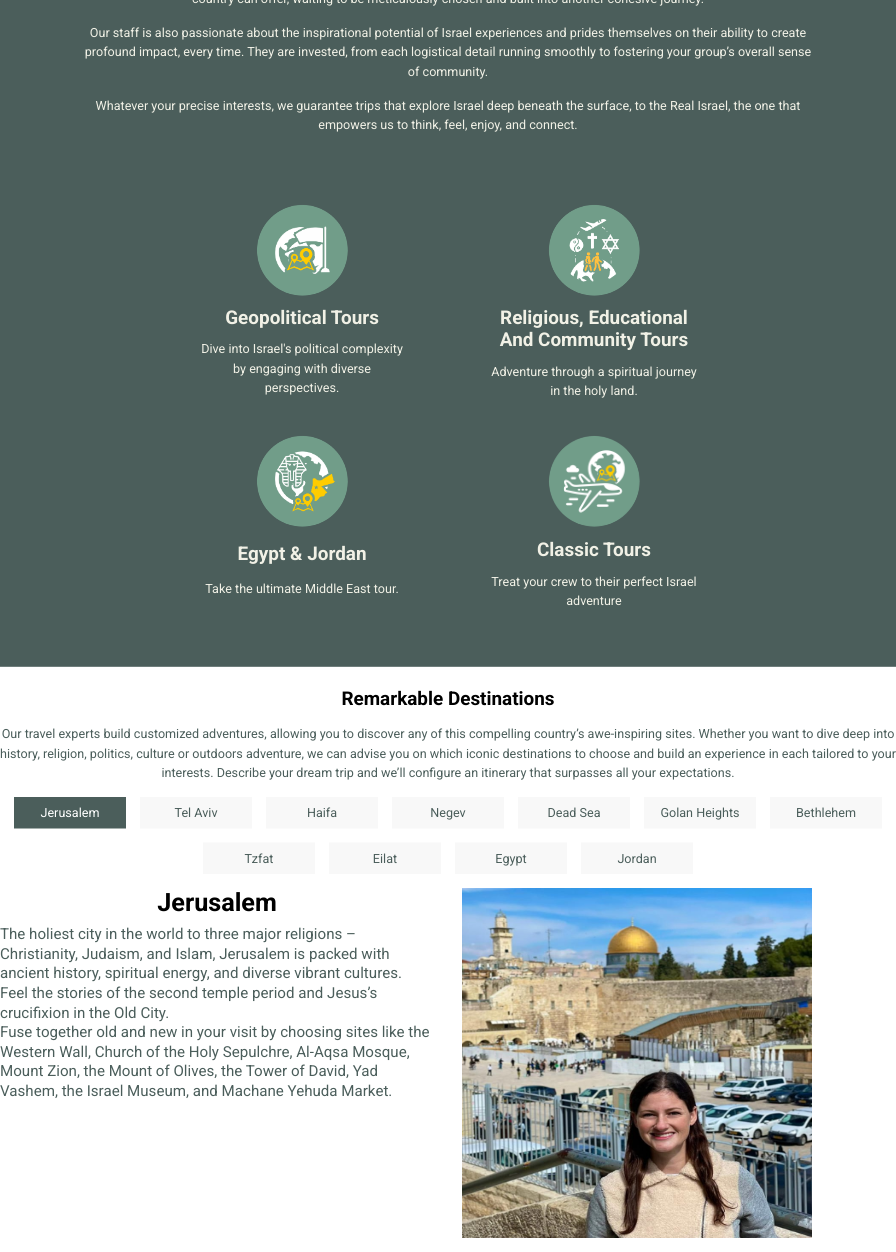
Repository: Pafestivo/realIsraelTours
Page: / (app in frontend/)
These files come from the project's save history. The page is drawn as it stood at one moment and after the next save; the edit follows.
The browser window is 1280 px wide. The pictures show the part of the page from y = 942 to 2862 px (the page is 2730 px tall before and 2862 px after), at 70% of full size.
The project was rebuilt for these pictures with package versions that can differ from the ones it lists, and the page was loaded fresh each time. The framework's server and built-in components were replaced by stand-ins that run in the browser. Also part of the build but not shown: frontend/next.config.js. Imported but missing from the stored project, and not drawn on this page: frontend/src/assets/videoBG.mp4.

Above is the page before, as saved 2023-09-20 17:40:21.

### frontend/src/app/layout.tsx
import type { Metadata } from "next";
import "@/styles/globals.css";
import { roboto } from "@/app/fonts";
import { config } from "@fortawesome/fontawesome-svg-core";
import "@fortawesome/fontawesome-svg-core/styles.css";
config.autoAddCss = false; // Tell Font Awesome to skip adding the CSS automatically since it's being imported above

export const metadata: Metadata = {
  title: "Real Israel Tours",
  description: "Plan your next tour",
};

export default function RootLayout({
  children,
}: {
  children: React.ReactNode;
}) {
  return (
    <html lang="en">
      <body className={roboto.className}>
        <div style={{ overflowX: "hidden" }}>{children}</div>
      </body>
    </html>
  );
}

### frontend/src/app/page.tsx
import Header from "@/components/Header";
import "@/styles/homePage.css";
import BackgroundVideo from "@/components/BackgroundVideo";
import ScrollArrow from "@/components/ScrollArrow";
import TripCard from "@/components/TripCard";
import geoPoliticalIcon from "@/assets/Geopolitical-icon.png";
import religious from "@/assets/Religious-and-educational.png";
import egpyt from "@/assets/Egypt-and-Jordan.png";
import classicTours from "@/assets/classic-tours.png";
import Destinations from "@/components/Destinations";

export default function Home() {
  return (
    <div>
      <Header currentlyActivePage="Home" />
      <div className="cta-div">
        <div className="content">
          <h1>Custom made Israeli adventures</h1>
          <button>
            <span></span>Start Your Journey
          </button>
          <ScrollArrow />
        </div>
        <BackgroundVideo />
      </div>
      <div className="pageContainer">
        <section className="whyTravelWithUs">
          <h1>Why Travel With Real Israel Tours?</h1>
          <p className="info-block">
            We craft experiences that speak to our participants. We are
            long-time hands-on professionals who thoroughly get to know our
            clients and dedicate ourselves optimizing each moment to
            specifically match its participants.
          </p>
          <p className="info-block">
            After 8 years, we have a vast and high-quality network of trusted
            connections with every type of activity, site, and speaker the
            country can offer, waiting to be meticulously chosen and built into
            another cohesive journey.
          </p>
          <p className="info-block">
            Our staff is also passionate about the inspirational potential of
            Israel experiences and prides themselves on their ability to create
            profound impact, every time. They are invested, from each logistical
            detail running smoothly to fostering your group’s overall sense of
            community.
          </p>
          <p className="info-block">
            Whatever your precise interests, we guarantee trips that explore
            Israel deep beneath the surface, to the Real Israel, the one that
            empowers us to think, feel, enjoy, and connect.
          </p>
        </section>

        <section className="tripTypes">
          <TripCard
            image={geoPoliticalIcon}
            tripName="Geopolitical Tours"
            tripDescription="Dive into Israel's political complexity by engaging with diverse perspectives."
          />

          <TripCard
            image={religious}
            tripName="Religious, Educational And Community Tours"
            tripDescription="Adventure through a spiritual journey in the holy land."
          />

          <TripCard
            image={egpyt}
            tripName="Egypt & Jordan"
            tripDescription="Take the ultimate Middle East tour."
          />

          <TripCard
            image={classicTours}
            tripName="Classic Tours"
            tripDescription="Treat your crew to their perfect Israel adventure"
          />
        </section>

        <section className="destinations">
          <div className="destination-container">
            <Destinations />
          </div>
        </section>
      </div>
    </div>
  );
}

### frontend/src/styles/globals.css
:root {
  --main-bg-color: #4b5e5b;
  --main-title-color: #F1F1E6;
  --main-text-color: #F1F1E6;
  --accent-orange: #ffc03f;
  --hover-accent-orange: #bd7e00;
}

* {
  padding: 0;
  margin: 0;
  box-sizing: border-box;
}

body {
  font-size: 18px;
  background-color: var(--main-bg-color);
  overflow-x: hidden;
}

p {
  line-height: 28px;
}

a {
  color: inherit;
  text-decoration: none;
}

section {
  margin: 30px 0;
  padding: 20px 120px;
  border: none;
}

.mobile-only {
  display: none;
}

.desktop-only {
  display: block;
}

.activated {
  color: var(--accent-orange);
}

@media screen and (max-width: 768px) {
  section {
    padding: 20px 10px;
  }

  .mobile-only {
    display: block;
  }

  .desktop-only {
    display: none;
  }
}

### frontend/src/app/fonts.tsx
import { Inter, Merriweather, Roboto } from "next/font/google";

export const inter = Inter({ subsets: ["latin"] });

export const merriweather = Merriweather({
  weight: ["400", "700"],
  style: ["normal", "italic"],
  subsets: ["latin"],
  display: "swap",
});

export const roboto = Roboto({
  weight: ["400", "700"],
  style: ["normal", "italic"],
  subsets: ["latin"],
  display: "swap",
});

// export const Mooli = Mooli({
//   weight: ["400", "700"],
//   style: ["normal", "italic"],
//   subsets: ["latin"],
//   display: "swap",
// });

### frontend/src/components/Header.tsx
"use client";
import React, { useEffect, useState } from "react";
import Image from "next/image";
import logo from "@/assets/logo.png";
import "@/styles/header.css";
import Link from "next/link";

interface HeaderProps {
  currentlyActivePage: string;
}

const Header = ({ currentlyActivePage }: HeaderProps) => {
  const [isMenuOpen, setMenuOpen] = useState(false);
  const [isScrolled, setIsScrolled] = useState(false);

  const toggleMenu = () => {
    setMenuOpen(!isMenuOpen);
  };

  useEffect(() => {
    const handleScroll = () => {
      setIsScrolled(window.scrollY > 100);
    };

    window.addEventListener("scroll", handleScroll);

    return () => {
      window.removeEventListener("scroll", handleScroll);
    };
  }, []);

  return (
    <div className={`header ${isScrolled ? "" : "transparent"}`}>
      <Link href="/">
        <Image className="headerLogo" src={logo} alt="logo" />
      </Link>
      <div className={`navbar ${isMenuOpen ? "open" : ""}`}>
        <button onClick={toggleMenu} className="close-button">
          ✕
        </button>{" "}
        <Link
          className={currentlyActivePage === "Home" ? "activated" : ""}
          href="/"
        >
          Home
        </Link>
        <Link
          className={currentlyActivePage === "Tours" ? "activated" : ""}
          href="/"
        >
          Tours
        </Link>
        <Link
          className={currentlyActivePage === "Gallery" ? "activated" : ""}
          href="/"
        >
          Gallery
        </Link>
        <Link
          className={currentlyActivePage === "AboutUs" ? "activated" : ""}
          href="/"
        >
          About Us
        </Link>
        <Link
          className={currentlyActivePage === "ContactUs" ? "activated" : ""}
          href="/"
        >
          Contact Us
        </Link>
        <hr className="mobile-only" />
        <p className="mobile-only">+972 52 335 5687</p>
        <p className="mobile-only">Elad@realisraeltours.com</p>
        <button className="inquire mobile-only">Inquire Now</button>
      </div>
      <button onClick={toggleMenu} className="hamburger">
        ☰
      </button>
      <button className="inquire desktop-only">Inquire Now</button>
    </div>
  );
};

export default Header;

### frontend/src/styles/homePage.css
.pageContainer {
  display: flex;
  flex-direction: column;
  justify-content: center;
  margin: 0 auto;
  padding: 0;
  max-width: 1450px;
  text-align: center;
  color: var(--main-text-color);
}

.cta-div {
  height: 100vh;
  width: 100vw;
  display: flex;
  justify-content: center;
  align-items: center;
}

.content {
  position: absolute;
  display: flex;
  flex-direction: column;
  justify-content: center;
  align-items: center;
  padding: 40px 0;
  width: 100vw;
  height: 100vh;
  background-color: rgba(0, 0, 0, 0.3);
  row-gap: 40px;
  overflow-x: hidden;
  text-align: center;
}

.content h1 {
  font-size: 5em;
}

.content button {
  font-size: 1.4em;
  padding: 14px 40px;
  border-radius: 5px;
  z-index: 1;
  position: relative;
  overflow: hidden;
}

/* an hover effect for two arrows and then rectangle */
.content button::before {
  content: "";
  position: absolute;
  top: 0;
  left: -100%;
  width: 50%;
  height: 100%;
  background-color: var(--hover-accent-orange);
  transition: all 0.5s ease-in-out;
  z-index: -1;
  clip-path: polygon(0% 0%, 100% 50%, 0% 100%);
}

.content button span {
  content: "";
  position: absolute;
  top: 0;
  left: -200%;
  width: 50%;
  height: 100%;
  background-color: var(--hover-accent-orange);
  transition: all 0.5s ease-in-out 0.16s;
  z-index: -1;
  clip-path: polygon(0% 0%, 100% 50%, 0% 100%);
}

.content button::after {
  content: "";
  position: absolute;
  top: 0;
  left: -300%;
  width: 100%;
  height: 100%;
  background-color: var(--hover-accent-orange);
  transition: all 0.5s ease-in-out 0.22s;
  z-index: -1;
}

.content button:hover::before {
  left: 100%;
}

.content button:hover span {
  left: 100%;
}

.content button:hover::after {
  left: 0;
}

.content button:hover {
  color: white;
}
/* end of arrows effect */


.content .arrow-down {
  position: absolute;
  color: var(--accent-orange);
  font-size: 3em;
  bottom: 20px;
}

h1 {
  color: var(--main-title-color);
}

.whyTravelWithUs {
  display: flex;
  flex-direction: column;
  row-gap: 20px;
}

.tripTypes {
  display: grid;
  grid-template-columns: 1fr 1fr;
  width: 80%;
  align-self: center;
  row-gap: 80px;
  column-gap: 50px;
  justify-content: center;
  align-items: center;
  place-items: center;
}

.destinations {
  background-color: white;
  width: 100vw;
  justify-self: center;
  align-self: center;
  margin-bottom: 0;
  padding-top: 30px;
}

.destination-container {
  max-width: 1450px;
  margin: 0 auto;
}

@media screen and (max-width: 768px) {
  .content h1 {
    font-size: 3em;
  }

  .content .arrow-down {
    font-size: 1.3em;
  }

  .tripTypes {
    grid-template-columns: 1fr;
  }

  .destinations {
    padding: 50px 20px;
  }
}

@media screen and (min-width: 1440px) {
  .tripTypes {
    width: 130%;
    grid-template-columns: 1fr 1fr 1fr 1fr;
    overflow-x: visible;
  }
}

### frontend/src/components/BackgroundVideo.tsx
import videoBG from "@/assets/videoBG.mp4";
import "@/styles/backgroundVideo.css";

export default function BackgroundVideo() {
  return (
    <video autoPlay muted loop>
      <source className="background-video" src={videoBG} type="video/mp4" />
    </video>
  );
}

### frontend/src/components/ScrollArrow.tsx
"use client";
import React, { useState, useEffect } from "react";
import { FontAwesomeIcon } from "@fortawesome/react-fontawesome";
import { faArrowDown } from "@fortawesome/free-solid-svg-icons";

const ScrollArrow = () => {
  const [showArrow, setShowArrow] = useState(true); // State to control arrow visibility

  useEffect(() => {
    // Function to handle scroll event
    const handleScroll = () => {
      if (window.scrollY > 0 && showArrow) {
        setShowArrow(false); // Hide the arrow if the user starts scrolling
      }
    };

    // Attach the scroll event listener
    window.addEventListener("scroll", handleScroll);

    // Cleanup: remove the event listener when the component unmounts
    return () => {
      window.removeEventListener("scroll", handleScroll);
    };
  }, [showArrow]); // Re-run the effect if showArrow changes

  return showArrow ? (
    <FontAwesomeIcon className="arrow-down" icon={faArrowDown} bounce />
  ) : null;
};

export default ScrollArrow;

### frontend/src/components/TripCard.tsx
import Image, { StaticImageData } from "next/image";
import React from "react";
import "@/styles/tripCard.css";

interface tripCardProps {
  image: StaticImageData;
  tripName: string;
  tripDescription: string;
}

const TripCard = ({ image, tripName, tripDescription }: tripCardProps) => {
  return (
    <div className="tripCard">
      <Image className="tripIcon" src={image} alt="tripIcon" />
      <h2>{tripName}</h2>
      <p>{tripDescription}</p>
    </div>
  );
};

export default TripCard;

### frontend/src/components/Destinations.tsx
"use client";
import React, { useState } from "react";
import "@/styles/destinations.css";
import { DestinationsArray } from "@/app/utils/types";
import { destinationsArray } from "@/app/utils/DestinationsArray";
import Image from "next/image";

const Destinations = () => {
  const [activeTab, setActiveTab] = useState(destinationsArray[0]);

  return (
    <div className="destinations-div">
      <h1>Remarkable Destinations</h1>
      <p>
        Our travel experts build customized adventures, allowing you to discover
        any of this compelling country’s awe-inspiring sites. Whether you want
        to dive deep into history, religion, politics, culture or outdoors
        adventure, we can advise you on which iconic destinations to choose and
        build an experience in each tailored to your interests. Describe your
        dream trip and we’ll configure an itinerary that surpasses all your
        expectations.
      </p>
      <div className="destinations-options">
        {/* Renders a list of destinations based on the array */}
        {destinationsArray.map((destination: DestinationsArray) => {
          return (
            <div
              className={activeTab === destination ? "activeTab" : ""}
              onClick={() => setActiveTab(destination)}
            >
              {destination.name}
            </div>
          );
        })}
      </div>
      <div className="Destination-info">
        <div>
          <h1>{activeTab.name}</h1>
          <p>{activeTab.description}</p>
        </div>
        <Image src={activeTab.image} alt={activeTab.name} />
      </div>
    </div>
  );
};

export default Destinations;

### frontend/src/styles/header.css
.header {
  position: absolute;
  width: 100vw;
  display: flex;
  justify-content: space-between;
  align-items: center;
  background-color: rgba(0, 0, 0, 0.3);
  transition: background-color 0.3s ease;
  padding: 20px 40px;
  z-index: 1000;
}

.header.transparent {
  background-color: rgba(0, 0, 0, 0.3);
}

.headerLogo {
  width: 200px;
  height: auto;
}

.navbar {
  display: flex;
  font-size: 1.1em;
  justify-content: space-around;
  align-items: center;
  column-gap: 20px;
  color: white;
}

button {
  background-color: var(--accent-orange);
  border: none;
  font-size: 1.15em;
  padding: 10px 20px;
  cursor: pointer;
  border-radius: 5px;
}

.hamburger {
  display: none;
}

.close-button {
  font-size: 1.5em;  /* Increase size for tap-ability */
  background: none;
  border: none;
  color: white;  /* Make it the same color as the text for harmony */
  cursor: pointer;
  position: absolute;  /* Absolute position within the navbar */
  top: 15px;  /* Position from the top */
  right: 15px;  /* Position from the right */
  padding: 5px;  /* A little padding to make it more tap-able */
  z-index: 10;  /* Just in case, to make it appear above all other items */
}

@media screen and (min-width: 769px) {
  .close-button {
    display: none;
  }
}

@media screen and (max-width: 768px) {
  .navbar {
    position: fixed;
    right: -120%;
    top: 0;
    bottom: 0;
    width: 100vw;
    font-size: 1.3em;
    flex-direction: column;
    background-color: rgba(255, 192, 63, 0.9);
    color: black;
    transition: right 0.3s ease-in-out;
    justify-content: flex-start;
    align-items: center;
    row-gap: 20px;
    padding: 110px 0; /* Reduced right/left padding */
    font-size: 1.4em; /* Increased font size for better readability */
    background-color: #333;  /* Darker background */
    color: white; /* Keep text color white for contrast */
    row-gap: 30px; /* Increased gap between rows for breathing space */
  }

  /* Adding a hover effect to indicate interactivity */
  .navbar a:hover,
  .navbar button:hover {
    color: var(--accent-orange); /* Add your own accent color */
  }

  .navbar.open {
    right: 0;
  }

  .hamburger {
    display: block;
  }
}

/* Media query for very large screens */
@media screen and (min-width: 1440px) {
  .navbar {
    font-size: 1.5em;
  }

  button {
    font-size: 1.5em;
  }
}

### frontend/src/styles/backgroundVideo.css
video {
  width: 100%;
  height: 100%;
  object-fit: cover;
}

### frontend/src/styles/tripCard.css
.tripCard {
  display: grid;
  grid-template-rows: 2fr 1fr 1fr;
  flex-direction: column;
  justify-content: center;
  align-items: center;
  place-items: center;
  row-gap: 15px;
  max-width: 300px;
  height: 250px;
  cursor: pointer;
  transition: all 0.2s ease-in-out;
}

.tripIcon {
  width: 130px;
  height: 130px;
  border-radius: 50%;
}

.tripCard:hover {
  transform: scale(1.1)
}

.tripCard p {
  align-self: flex-start;
}

.tripCard:hover h2,
.tripCard:hover p {
  color: var(--accent-orange);
}

### frontend/src/styles/destinations.css
.destinations-div {
  display: flex;
  flex-direction: column;
  justify-content: center;
  align-items: center;
  row-gap: 20px;
  justify-self: center;
  color: #4b5e5b;
  height: max-content;
}

.destinations-div h1 {
  color: black;
}

.destinations-options {
  display: flex;
  width: 100vw;
  flex-wrap: wrap;
  justify-content: center;
  align-items: center;
  gap: 20px;
}

.destinations-options > * {
  display: flex;
  justify-content: center;
  align-items: center;
  background-color: #f8f8f8;
  width: 160px;
  height: 45px;
  transition: all 0.2s ease-in-out;
  cursor: pointer;
}

.destinations-options > *:hover {
  background-color: #719e8b;
  color: white;
}

.activeTab {
  background-color: #4b5e5b;
  color: white;
}

.activeTab:hover {
  background-color: #4b5e5b;
  color: white;
  cursor: default;
}

.Destination-info {
  display: grid;
  grid-template-columns: 1fr 1fr;
  gap: 40px;
}

.Destination-info img {
  width: 500px;
  height: 500px;
}

.Destination-info h1 {
  font-size: 2em;
  margin-bottom: 10px;
}

.Destination-info p {
  font-size: 1.2em;
  white-space: pre-line;
  text-align: left;
}

### frontend/src/components/CustomerReviews.tsx
import React from "react";

const CustomerReviews = () => {
  return (
    <div>
      <h1>Customer Reviews</h1>
    </div>
  );
};

export default CustomerReviews;

Loaded but not shown: frontend/src/app/utils/DestinationsArray.tsx (69 lines, source omitted)

After the next save:
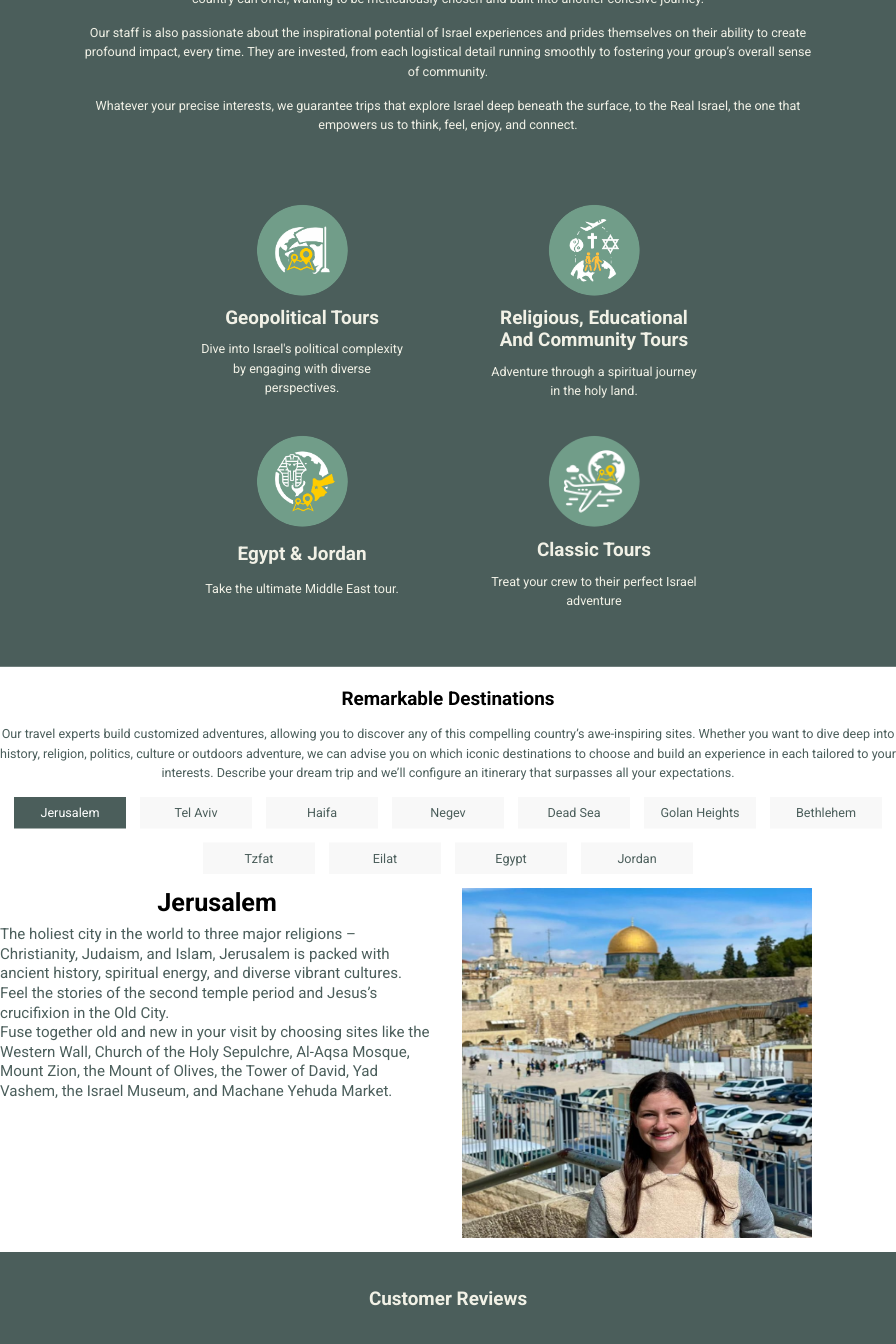
Saved 12 s later.
--- a/frontend/src/app/page.tsx
+++ b/frontend/src/app/page.tsx
@@ -8,6 +8,7 @@ import religious from "@/assets/Religious-and-educational.png";
 import egpyt from "@/assets/Egypt-and-Jordan.png";
 import classicTours from "@/assets/classic-tours.png";
 import Destinations from "@/components/Destinations";
+import CustomerReviews from "@/components/CustomerReviews";
 
 export default function Home() {
   return (
@@ -83,6 +84,10 @@ export default function Home() {
             <Destinations />
           </div>
         </section>
+
+        <section className="customer-reviews">
+          <CustomerReviews />
+        </section>
       </div>
     </div>
   );
